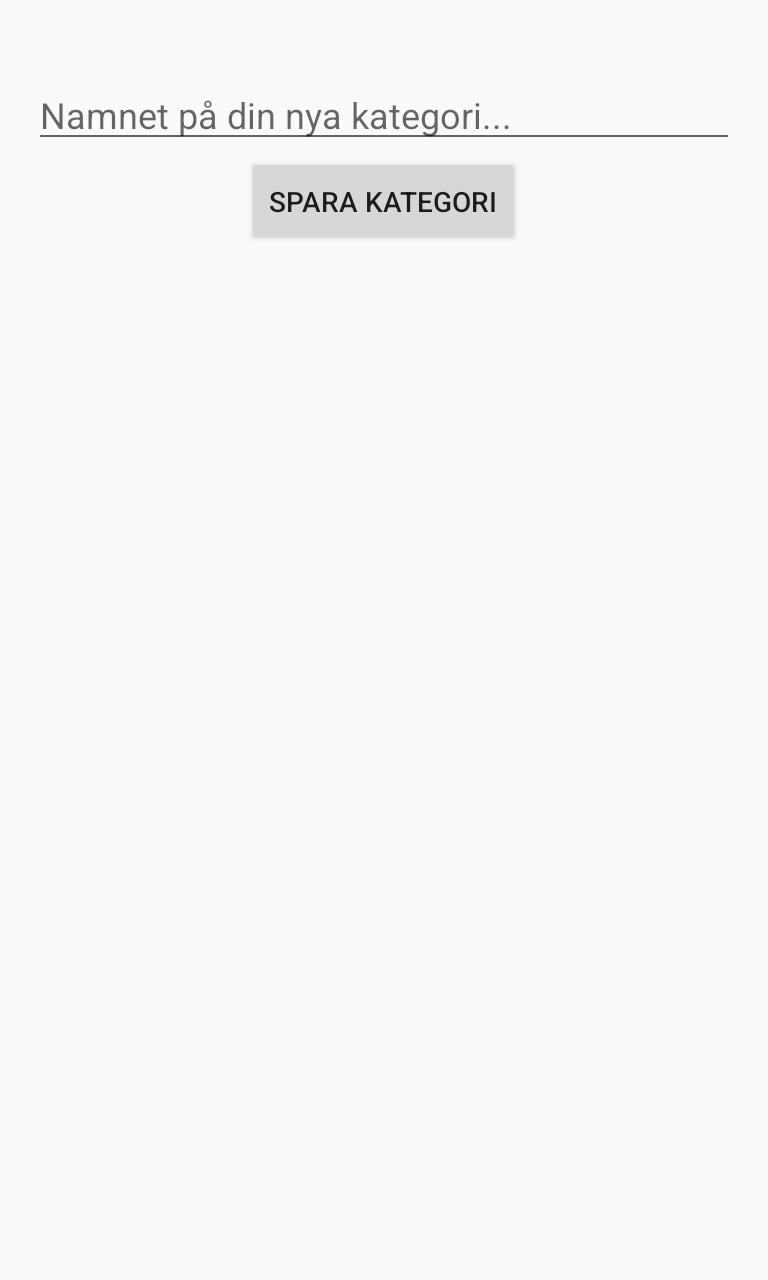
Repository: Dinova/Studiekoll
Layout: Studiekoll/Studiekoll/res/layout/fragment_category.xml
These files come from the project's save history. The layout is drawn as it stood at one moment and after the next save; the edit follows.
It is drawn on a 768 x 1280 px phone screen (xhdpi) without system bars, with theme AppTheme; the app's code is not run.

Above is the layout before, as saved 2014-05-19 10:49:20.

After the next save:
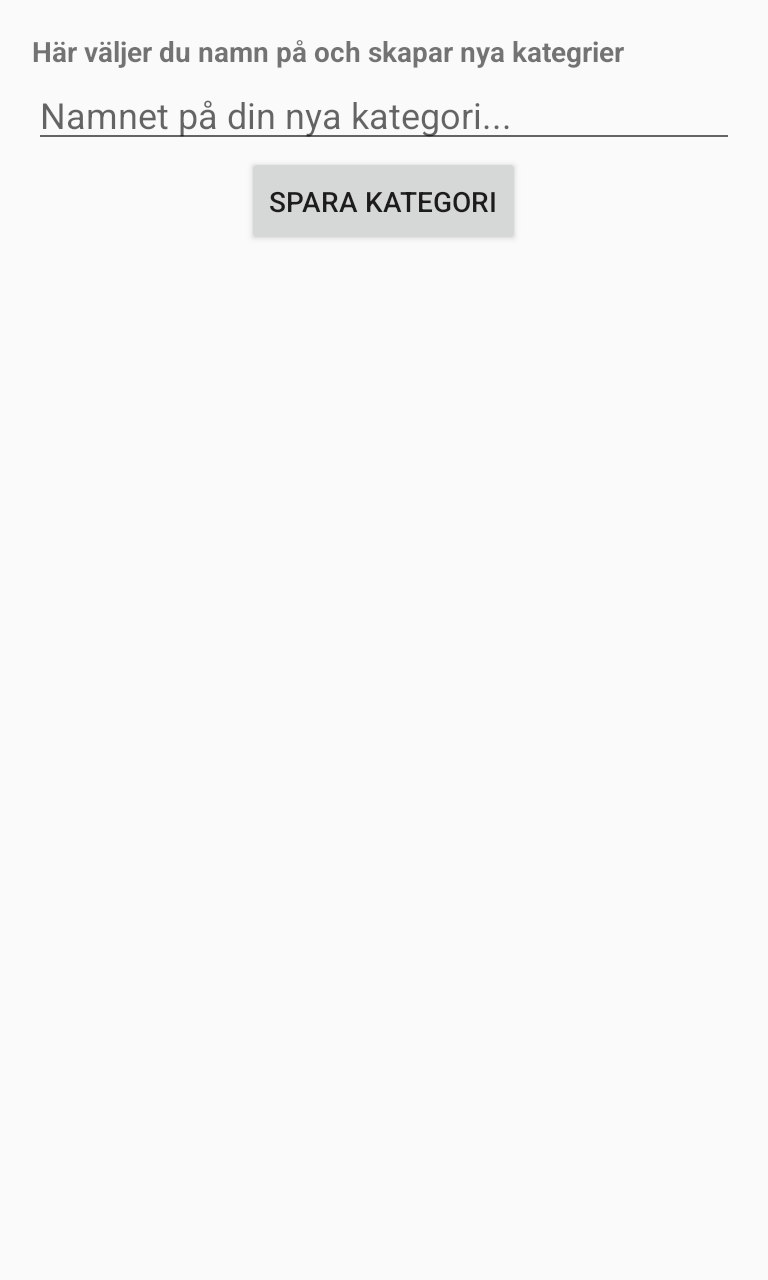
Saved 34 s later.
--- a/Studiekoll/Studiekoll/res/values/strings.xml
+++ b/Studiekoll/Studiekoll/res/values/strings.xml
@@ -40,7 +40,7 @@
     <string name="ok_button_text">OK!</string>
     <string name="button_category">Kategorihantering</string>
     <string name="title_activity_category">Kategorihantering</string>
-    <string name="category_help_message"></string>
+    <string name="category_help_message">Här väljer du namn på och skapar nya kategrier</string>
     <string name="category_hint">Namnet på din nya kategori...</string>
     <string name="category_save_text">Spara kategori</string>
     <string name="category_prompt">Välj kategori</string>
